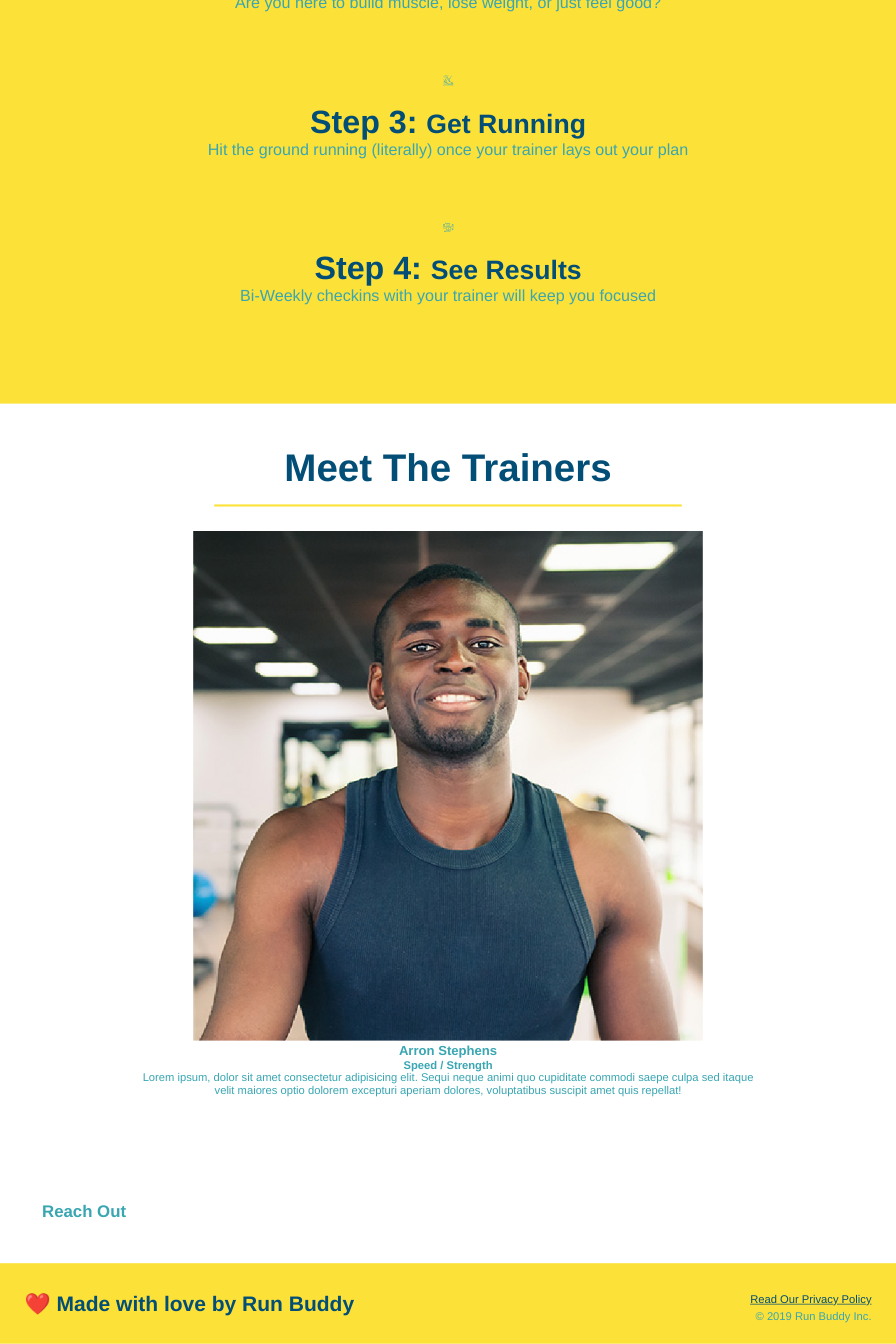
Repository: symlara/run-buddy
Page: index.html
These files come from the project's save history. The page is drawn as it stood at one moment and after a run of saves; the edit follows.
The browser window is 1280 px wide. The pictures show the part of the page from y = 1681 to 3601 px (the page is 3601 px tall), at 70% of full size.

Above is the page before, as saved 2020-12-10 13:58:01.

After the next 4 saves:
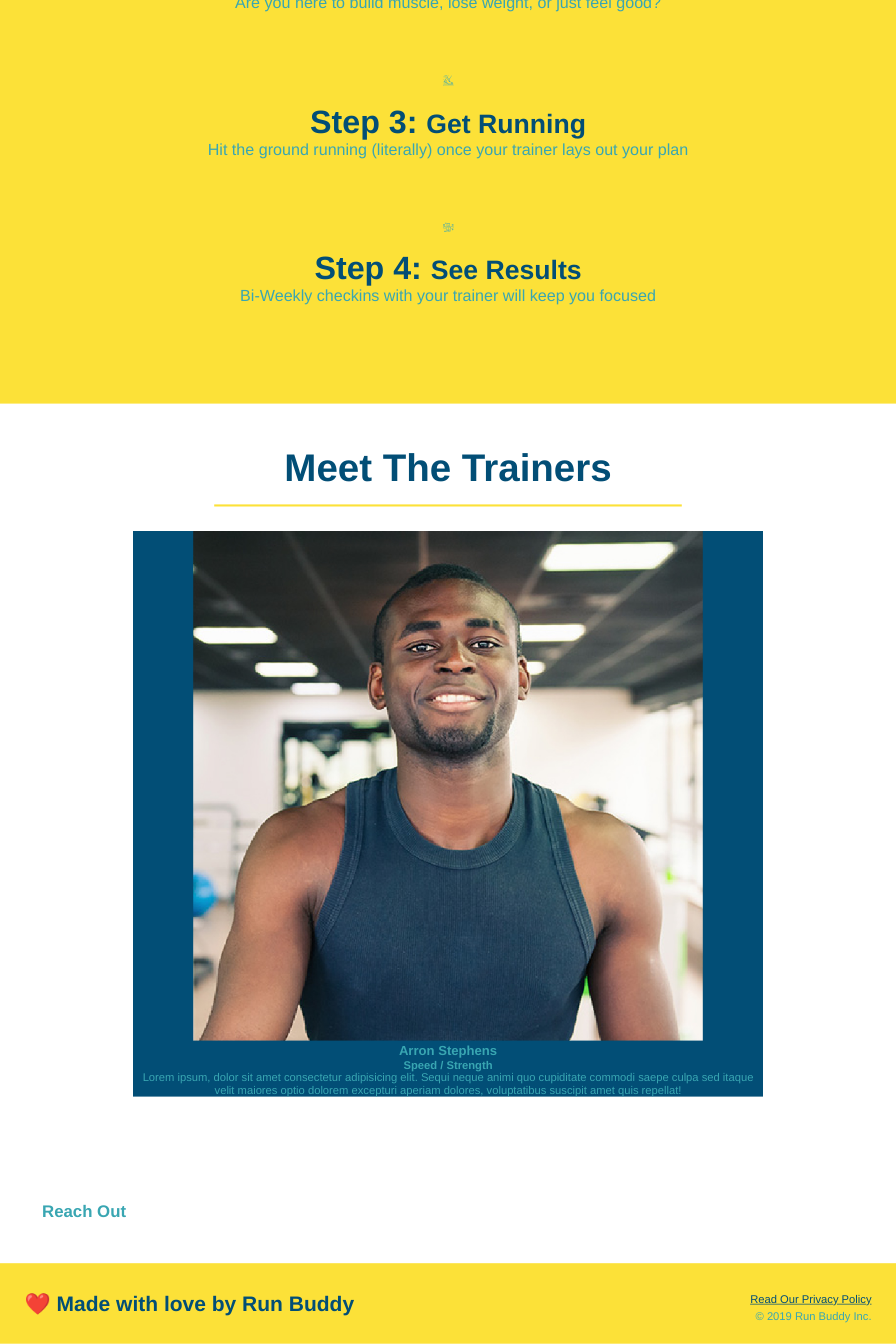
The 4 saves are shown as one change because they came seconds apart.
The last was saved 12 s later.
--- a/assets/css/style.css
+++ b/assets/css/style.css
@@ -199,5 +199,5 @@
 .trainer {
     width: 900px;
     margin: 0 auto 30px auto;
-
-}
+    background: #024e76;
+}
